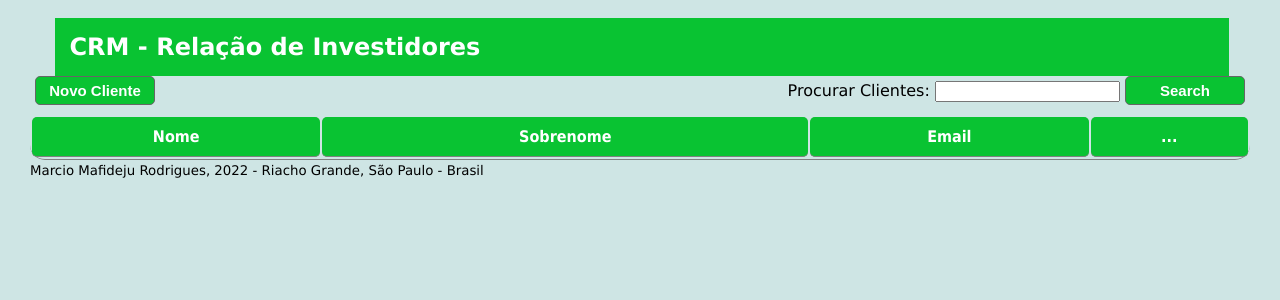
Repository: mafideju/CustomerTracker
Page: http://localhost/web-customer-tracker/WEB-INF/view/list-customers.jsp
These files come from the project's save history. The page is drawn as it stood at one moment and after the next save; the edit follows.
The browser window is 1280 px wide. The pictures show the whole page.
The page is served by Tomcat 9. Nobody is signed in. The template is opened directly, without the code that normally fills it, so the values that code supplies are empty.

Above is the page before, as saved 2022-01-27 16:18:38.

After the next save:
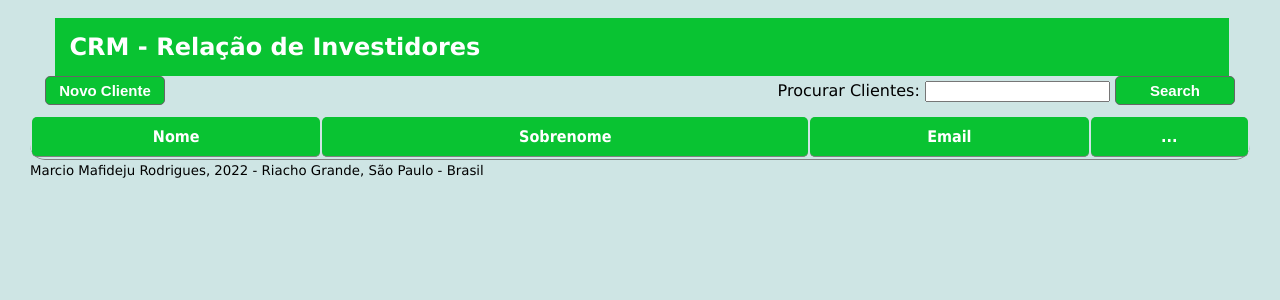
Saved 13 s later.
--- a/web-customer-tracker/WebContent/resources/css/style.css
+++ b/web-customer-tracker/WebContent/resources/css/style.css
@@ -43,7 +43,7 @@ tr:nth-child(odd) {background: #BBBBBB;}
 .search-bar {
 	display: flex;
 	justify-content: space-between;
-	padding: 0 5px;
+	padding: 0 15px;
 }
 
 #wrapper {
